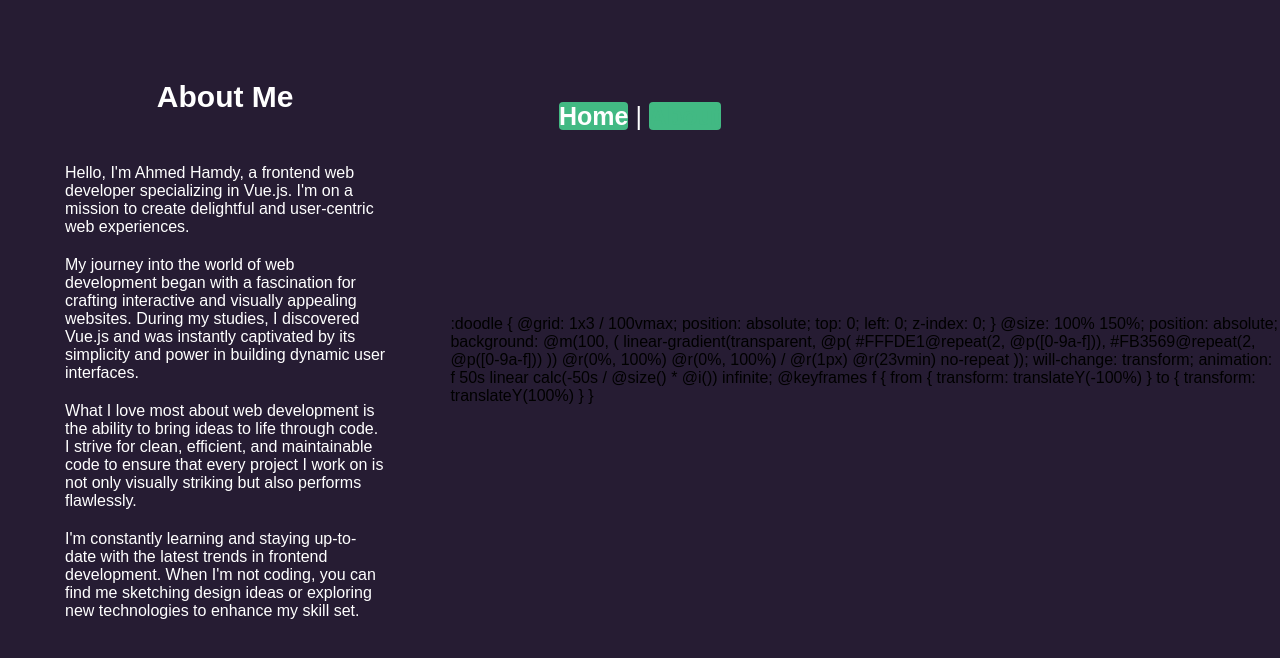
Repository: ahamdy997/portfolio
Page: /about
An editor plug-in stored every save of this project. The page is shown before and after the next save, followed by the edit.
The browser window is 1280 px wide. The pictures show the whole page.
The project was rebuilt for these pictures with package versions that can differ from the ones it lists, and the page was loaded fresh each time. Also part of the build but not shown: vue.config.js, src/components/HelloWorld.vue, src/views/HomeView.vue.

Above is the page before, as saved 2023-11-05 00:24:19.

### public/index.html
<!DOCTYPE html>
<html lang="">
  <head>
    <meta charset="utf-8" />
    <meta http-equiv="X-UA-Compatible" content="IE=edge" />
    <meta name="viewport" content="width=device-width,initial-scale=1.0" />
    <link rel="icon" href="<%= BASE_URL %>favicon.ico" />
    <title><%= htmlWebpackPlugin.options.title %></title>
  </head>
  <body>
    <noscript>
      <strong
        >We're sorry but <%= htmlWebpackPlugin.options.title %> doesn't work
        properly without JavaScript enabled. Please enable it to
        continue.</strong
      >
    </noscript>
    <div id="app"></div>
    <!-- built files will be auto injected -->
    <css-doodle>
      :doodle { @grid: 1x3 / 100vmax; position: absolute; top: 0; left: 0;
      z-index: 0; } @size: 100% 150%; position: absolute; background: @m(100, (
      linear-gradient(transparent, @p( #FFFDE1@repeat(2, @p([0-9a-f])),
      #FB3569@repeat(2, @p([0-9a-f])) )) @r(0%, 100%) @r(0%, 100%) / @r(1px)
      @r(23vmin) no-repeat )); will-change: transform; animation: f 50s linear
      calc(-50s / @size() * @i()) infinite; @keyframes f { from { transform:
      translateY(-100%) } to { transform: translateY(100%) } }
    </css-doodle>
    <style>
      * {
        box-sizing: border-box;
        padding: 0;
        margin: 0;
      }
      body {
        font-family: sans-serif;
        height: 100vh;
        margin: 0;
        background: #261c33;
        overflow: hidden;
        display: flex;
        align-items: center;
        justify-content: center;
      }
    </style>

    <script src="https://unpkg.com/css-doodle@0.6.1/css-doodle.min.js"></script>
  </body>
</html>

### src/App.vue
<template>
  <header>
    <nav>
      <router-link to="/">Home</router-link> |
      <router-link to="/about">About</router-link>
    </nav>
  </header>
  <router-view />
</template>

<style>
#app {
  text-align: center;
  z-index: 1;
  color: white;
}
header {
  font-size: 25px;
  position: fixed;
  top: 10%;
  left: 0%;
  width: 100%;
}
nav {
  padding: 30px;
  text-align: center;
}

nav a {
  font-weight: bold;
  color: #fff;
  text-decoration: none;
  border-radius: 4px;
  background-color: #42b983;
}
a:hover {
  color: #cbb8e3;
}

nav a.router-link-exact-active {
  color: #42b983;
}
</style>

### src/views/AboutView.vue
<template>
  <div class="about">
    <h2>About Me</h2>
    <p>
      Hello, I'm Ahmed Hamdy, a frontend web developer specializing in Vue.js.
      I'm on a mission to create delightful and user-centric web experiences.
    </p>
    <p>
      My journey into the world of web development began with a fascination for
      crafting interactive and visually appealing websites. During my studies, I
      discovered Vue.js and was instantly captivated by its simplicity and power
      in building dynamic user interfaces.
    </p>
    <p>
      What I love most about web development is the ability to bring ideas to
      life through code. I strive for clean, efficient, and maintainable code to
      ensure that every project I work on is not only visually striking but also
      performs flawlessly.
    </p>
    <p>
      I'm constantly learning and staying up-to-date with the latest trends in
      frontend development. When I'm not coding, you can find me sketching
      design ideas or exploring new technologies to enhance my skill set.
    </p>
  </div>
</template>
<style scoped>
p {
  margin: 20px;
}
.about h2 {
  text-align: center;
  margin-bottom: 50px;
  font-size: 30px;
}
.about {
  width: 80%;
  margin: auto;
  text-align: start;
}
</style>

Loaded but not shown: src/main.js (common file); src/router/index.js (common file)

After the next save:
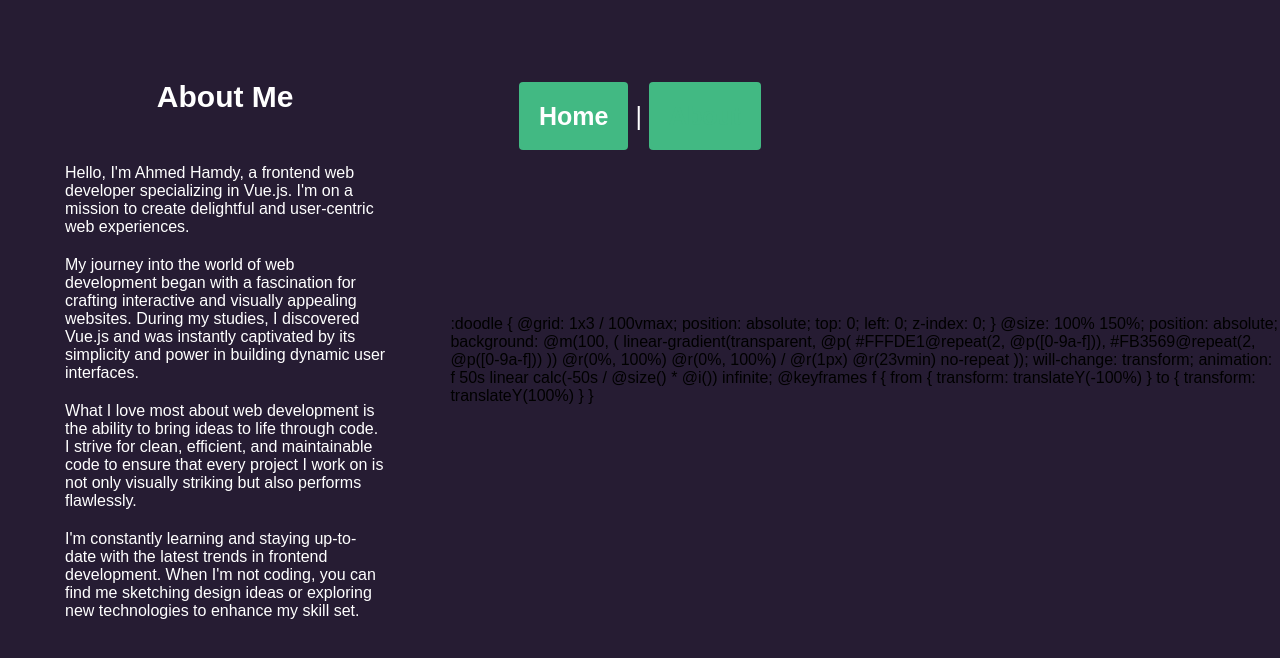
Saved 25 s later.
--- a/src/App.vue
+++ b/src/App.vue
@@ -32,6 +32,7 @@
   text-decoration: none;
   border-radius: 4px;
   background-color: #42b983;
+  padding: 20px;
 }
 a:hover {
   color: #cbb8e3;

After the save that followed:
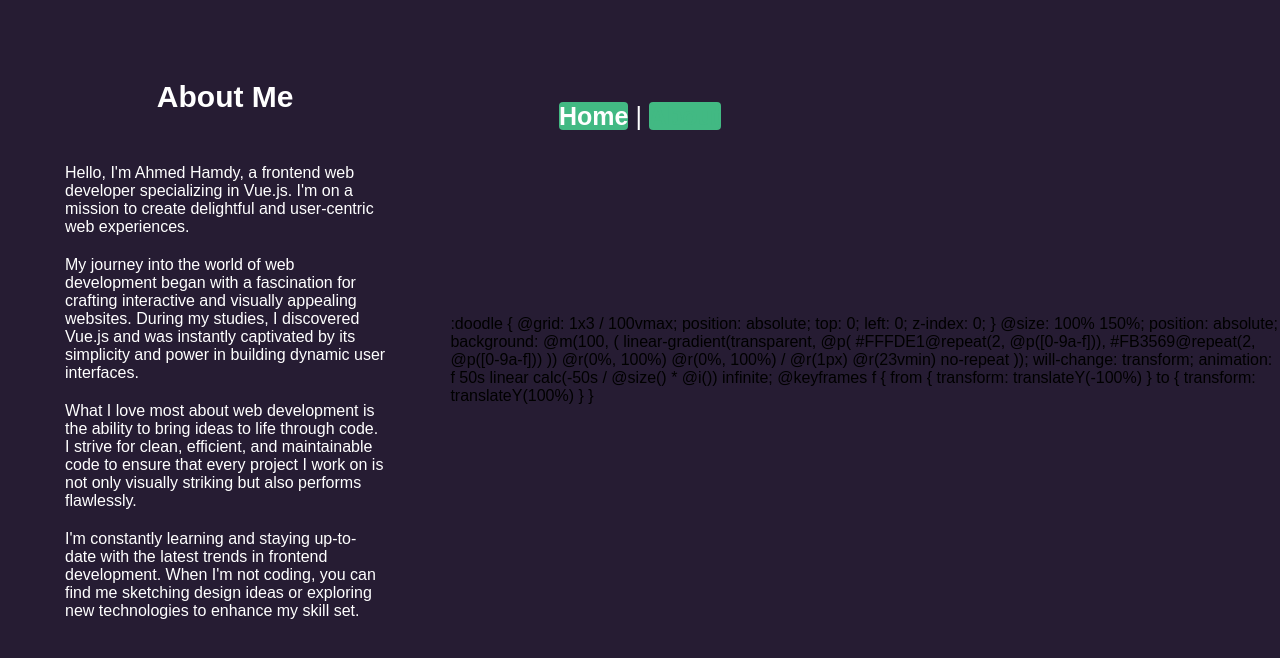
Saved 7 s later.
--- a/src/App.vue
+++ b/src/App.vue
@@ -32,7 +32,7 @@
   text-decoration: none;
   border-radius: 4px;
   background-color: #42b983;
-  padding: 20px;
+  padding: 10 20px;
 }
 a:hover {
   color: #cbb8e3;
